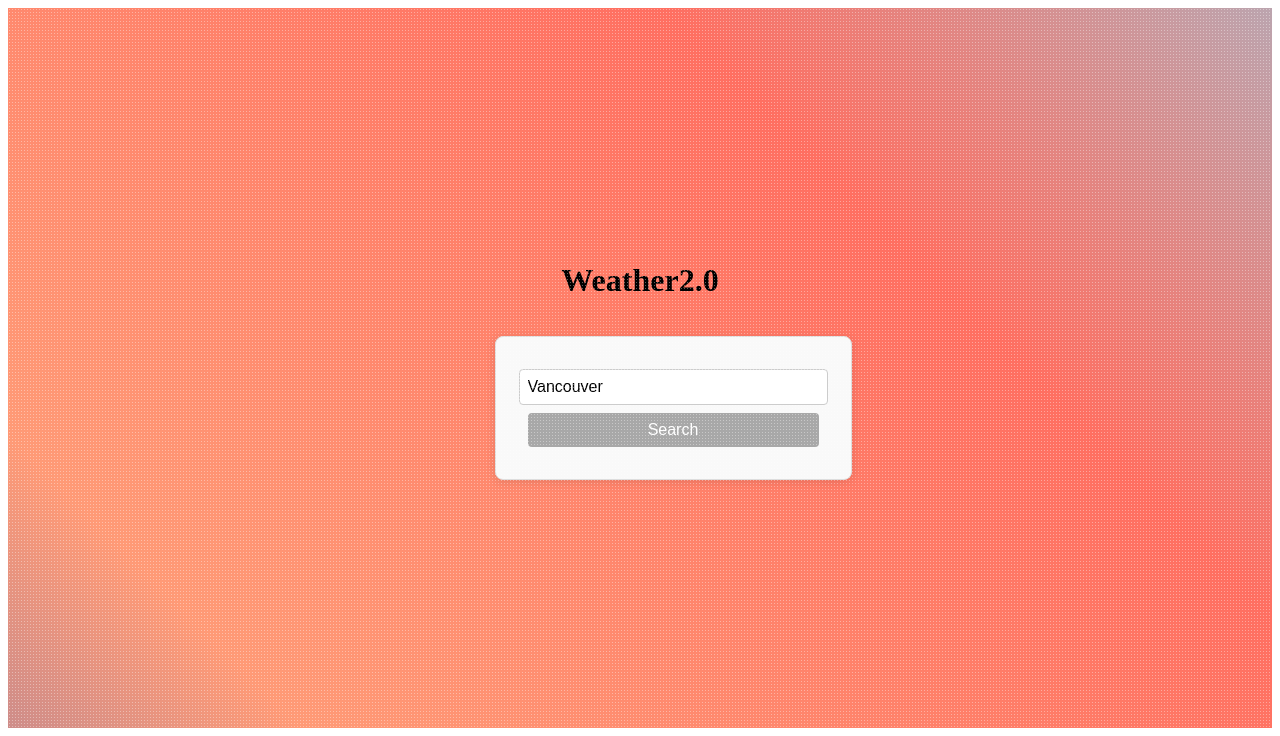
Repository: schwendyjr/COMP3170-Project
Page: /
An editor plug-in stored every save of this project. The page is shown before and after the next save, followed by the edit.
The browser window is 1280 px wide. The pictures show the whole page.
The page's requests for data from a server got no answer. The project was rebuilt for these pictures with package versions that can differ from the ones it lists, and the page was loaded fresh each time. The framework's server and built-in components were replaced by stand-ins that run in the browser. No one was signed in, and anything a server would have sent is missing. Also part of the build but not shown: utils/formatDate.js, components/WeatherCardItem.js, components/Forecast.js.

Above is the page before, as saved 2024-12-03 20:42:14.

After the next save:
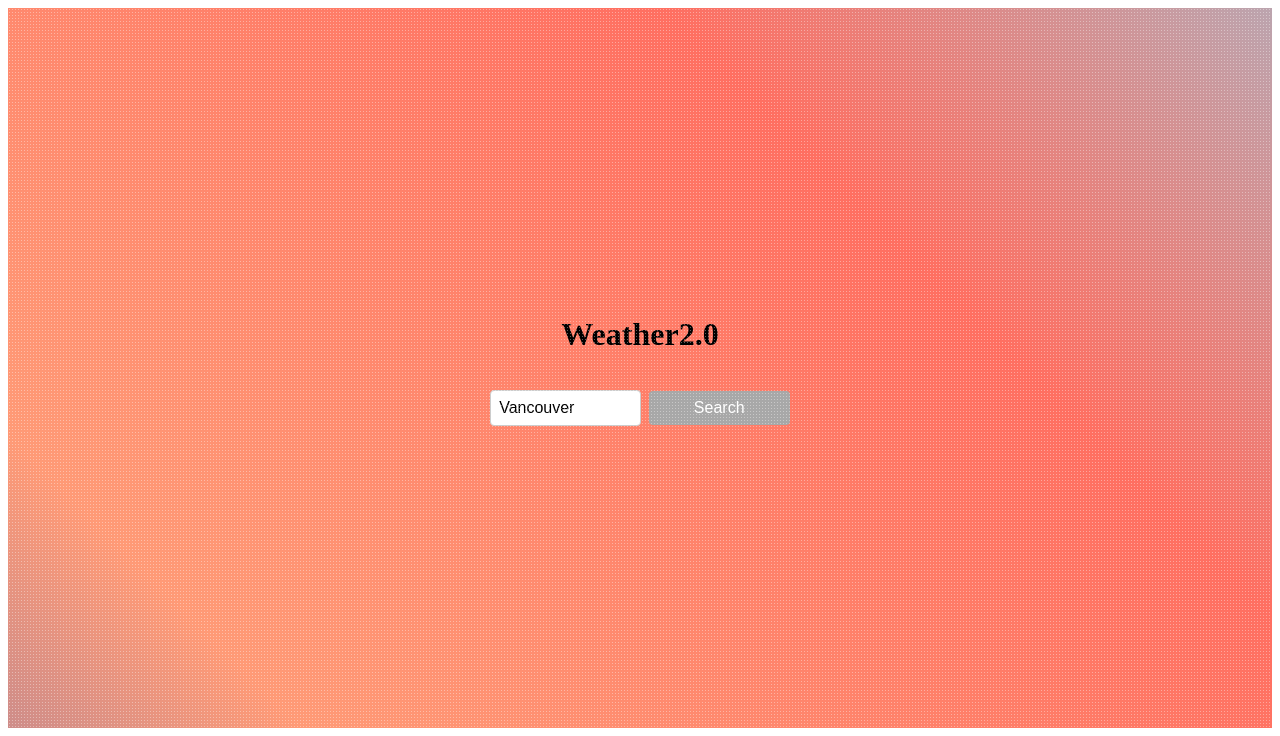
Saved 8 s later.
--- a/styles/Home.module.css
+++ b/styles/Home.module.css
@@ -126,14 +126,7 @@
   align-items: center;
   justify-content: center;
 
-  flex-direction: column; /* Stack input and button */
-  padding: 2rem;
-  width: 100%;
-  max-width: 400px; /* Limit form width */
-  border: 1px solid #ddd;
-  border-radius: 8px;
-  box-shadow: 0 2px 10px rgba(0, 0, 0, 0.1);
-  background-color: #f9f9f9;
+
 }
 
 .searchForm input {

After the save that followed:
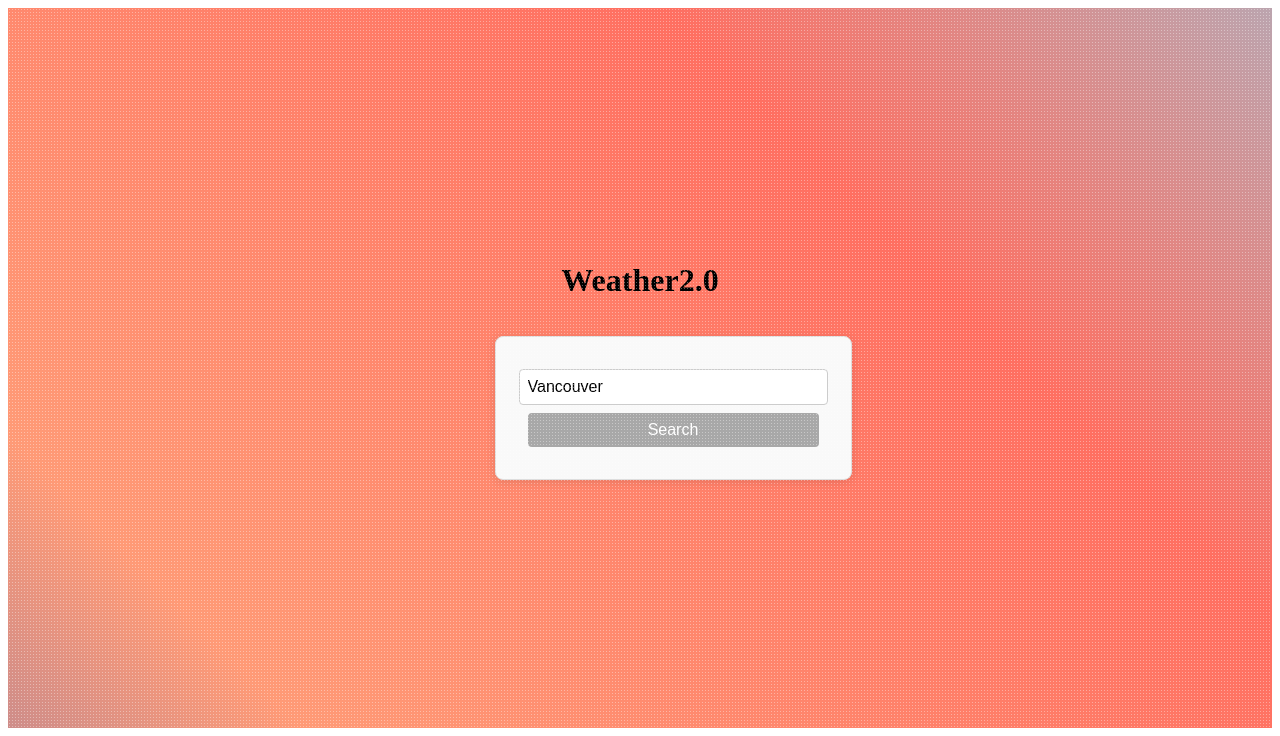
Saved 15 s later.
--- a/styles/Home.module.css
+++ b/styles/Home.module.css
@@ -126,7 +126,14 @@
   align-items: center;
   justify-content: center;
 
-
+  flex-direction: column; /* Stack input and button */
+  padding: 2rem;
+  width: 100%;
+  max-width: 400px; /* Limit form width */
+  border: 1px solid #ddd;
+  border-radius: 8px;
+  box-shadow: 0 2px 10px rgba(0, 0, 0, 0.1);
+  background-color: #f9f9f9;
 }
 
 .searchForm input {
